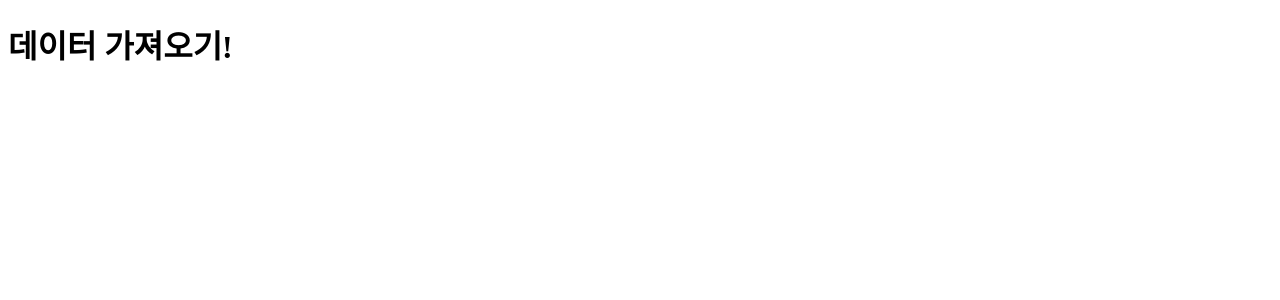
Repository: whdkwhdk90/JAVA
Page: 실습 코드/7. AJAX/UI_JQ_Ajax/WebContent/jq09_ajax.html
These files come from the project's save history. The page is drawn as it stood at one moment and after the next save; the edit follows.
The browser window is 1280 px wide. The pictures show the whole page.

Above is the page before, as saved 2020-06-22 03:46:52.

### 실습 코드/7. AJAX/UI_JQ_Ajax/WebContent/jq09_ajax.html
<!DOCTYPE html>
<html>
<head>
<meta charset="UTF-8">
<title>Insert title here</title>
</head>
<body>
	<h1>데이터 가져오기!</h1>
</body>
</html>

After the next save:
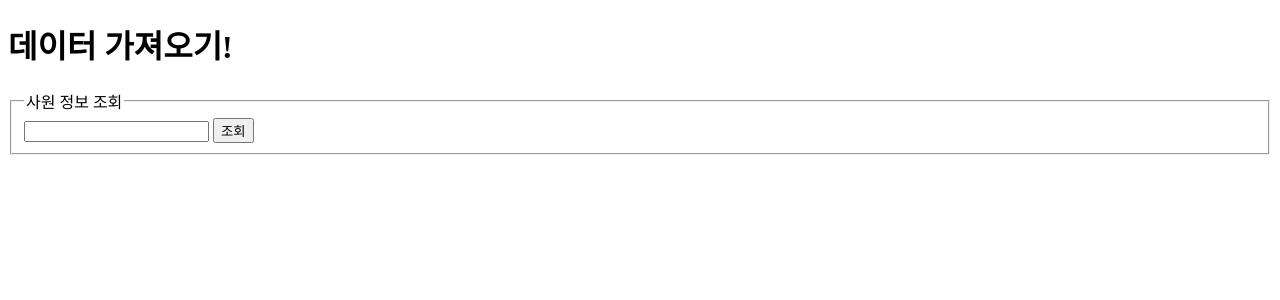
Saved 2 min 4 s later.
--- a/실습 코드/7. AJAX/UI_JQ_Ajax/WebContent/jq09_ajax.html
+++ b/실습 코드/7. AJAX/UI_JQ_Ajax/WebContent/jq09_ajax.html
@@ -6,5 +6,11 @@
 </head>
 <body>
 	<h1>데이터 가져오기!</h1>
+
+	<fieldset>
+		<legend>사원 정보 조회</legend>
+		<input type="text" name="empid">
+		<input type="button" id="emp_search" value="조회">
+	</fieldset>
 </body>
 </html>
